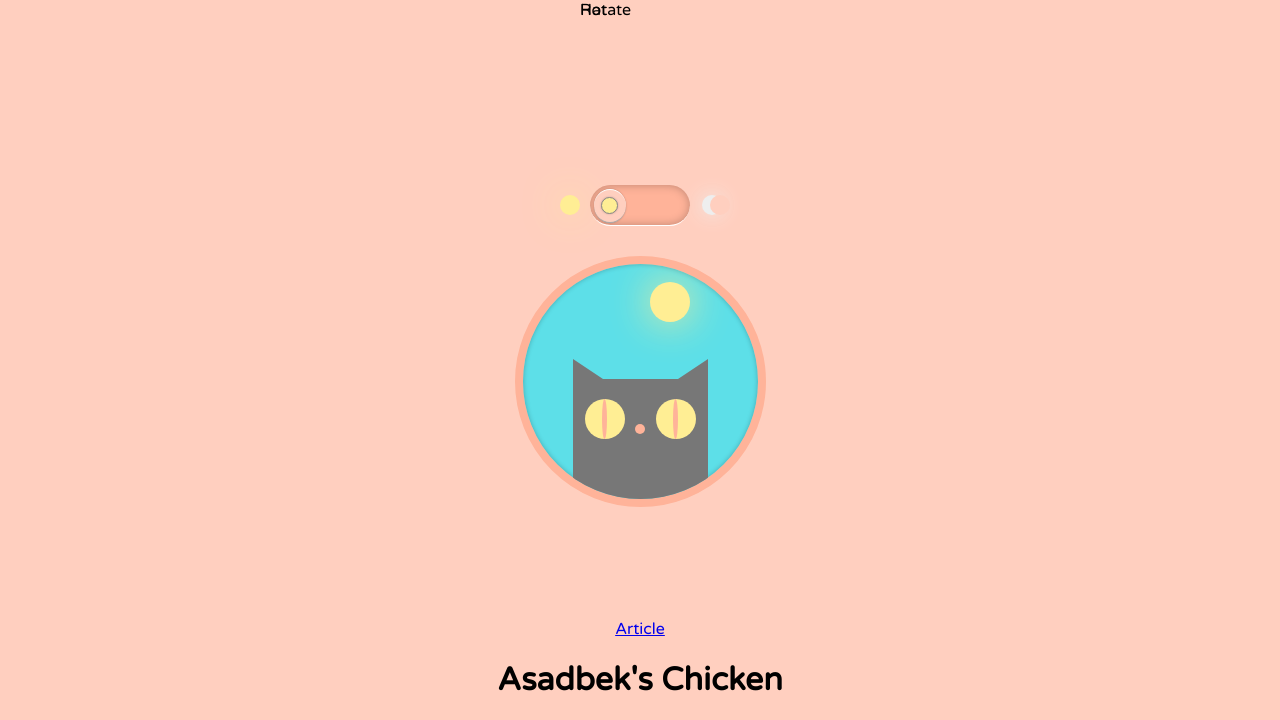
Repository: KHANas02/cat_1
Page: index.html
An editor plug-in stored every save of this project. The page is shown before and after the next save, followed by the edit.
The browser window is 1280 px wide. The pictures show the whole page.

Above is the page before, as saved 2024-03-31 06:46:11.

### index.html
<!DOCTYPE html>
<html lang="en">
  <head>
    <meta charset="UTF-8" />
    <meta name="viewport" content="width=device-width, initial-scale=1.0" />
    <title>asa</title>
    <link rel="stylesheet" href="./style.css" />
  </head>
  <body>
    <!-- <input type="checkbox" name="t-help" id="t-help" checked />
    <input type="checkbox" name="t-success" id="t-success" checked />
    <input type="checkbox" name="t-warning" id="t-warning" checked />
    <input type="checkbox" name="t-error" id="t-error" checked />
    <div class="toast-panel">
      <div class="toast-item help">
        <div class="toast help">
          <label for="t-help" class="close"></label>
          <h3>Help!</h3>
          <p>
            Do you have a problem? Just use this <a href="#">contact form</a>.
          </p>
        </div>
      </div>
      <div class="toast-item success">
        <div class="toast success">
          <label for="t-success" class="close"></label>
          <h3>Success!</h3>
          <p>Your message has been sent successfully.</p>
        </div>
      </div>
      <div class="toast-item warning">
        <div class="toast warning">
          <label for="t-warning" class="close"></label>
          <h3>Warning!</h3>
          <p>Sorry, there was a problem with your request.</p>
        </div>
      </div>
      <div class="toast-item error">
        <div class="toast error">
          <label for="t-error" class="close"></label>
          <h3>Error!</h3>
          <p>Change a few thing up and try submitting again.</p>
        </div>
      </div>
      <div class="toast-icons">
        <label for="t-help" class="toast-icon icon-help"></label>
        <label for="t-success" class="toast-icon icon-success"></label>
        <label for="t-warning" class="toast-icon icon-warning"></label>
        <label for="t-error" class="toast-icon icon-error"></label>
      </div>
    </div> -->
    <br /><br /><br /><br />

    <div class="the-container">
      <input type="checkbox" id="toggle" />
      <label for="toggle"></label>

      <div class="day-night-cont">
        <span class="the-sun"></span>
        <div class="the-moon"><span class="moon-inside"></span></div>
      </div>

      <div class="switch">
        <div class="button">
          <div class="b-inside"></div>
        </div>
      </div>

      <div class="c-window">
        <span class="the-sun"></span>
        <span class="the-moon"></span>

        <div class="the-cat">
          <div class="cat-face">
            <section class="eyes left"><span class="pupil"></span></section>
            <section class="eyes right"><span class="pupil"></span></section>

            <span class="nose"></span>
          </div>
        </div>
      </div>
    </div>




<!--  -->
<input type="checkbox" id="rotate" name="rotate" />
<input type="checkbox" id="poke" name="poke" />
<input type="checkbox" id="hat" name="hat" />
<label id="poke-label" for="poke"></label>
<div id="controls">
  <div><label id="rotate-label" for="rotate">Rotate</label></div>
  <div><label id="hat-label" for="hat">Hat</label></div>
  <div><a target="_blank" id="link" href="https://fjolt.com/article/css-minecraft-chicken">Article</a></div>
</div>
<div id="chicken">
    <h1> Asadbek's Chicken</h1>
    <div class="c2">
      <div class="cube body">
        <div class="front"></div>
        <div class="bottom"></div>
        <div class="left"></div>
        <div class="right"></div>
      </div>
    </div>
    <div class="c3">
      <div class="cube head">
        <div class="front"></div>
        <div class="bottom"></div>
        <div class="left"></div>
        <div class="right"></div>
      </div>
    </div>
    <div class="c4 quack">
      <div class="cube beak top-beak">
        <div class="front"></div>
        <div class="bottom"></div>
        <div class="left"></div>
        <div class="right"></div>
      </div>
    </div>
    <div class="c4 quack-anti">
      <div class="cube beak bottom-beak">
        <div class="front"></div>
        <div class="bottom"></div>
        <div class="left"></div>
        <div class="right"></div>
      </div>
    </div>
    <div class="c5">
      <div class="cube comb">
        <div class="front"></div>
        <div class="bottom"></div>
        <div class="left"></div>
        <div class="right"></div>
      </div>
    </div>
    <div class="c6">
      <div class="cube eye">
        <div class="front"></div>
        <div class="bottom"></div>
        <div class="left"></div>
        <div class="right"></div>
      </div>
    </div>
    <div class="c7">
      <div class="cube eye">
        <div class="front"></div>
        <div class="bottom"></div>
        <div class="left"></div>
        <div class="right"></div>
      </div>
    </div>
    <div class="c8">
      <div class="cube leg">
        <div class="front"></div>
        <div class="bottom"></div>
        <div class="left"></div>
        <div class="right"></div>
      </div>
    </div>
    <div class="c9">
      <div class="cube leg">
        <div class="front"></div>
        <div class="bottom"></div>
        <div class="left"></div>
        <div class="right"></div>
      </div>
    </div>
    <div class="c10">
      <div class="cube foot">
        <div class="front"></div>
        <div class="bottom"></div>
        <div class="left"></div>
        <div class="right"></div>
      </div>
    </div>
    <div class="c11">
      <div class="cube foot">
        <div class="front"></div>
        <div class="bottom"></div>
        <div class="left"></div>
        <div class="right"></div>
      </div>
    </div>
    <div class="c12 anti-flutter">
      <div class="cube wing">
        <div class="front"></div>
        <div class="bottom"></div>
        <div class="left"></div>
        <div class="right"></div>
      </div>
    </div>
    <div class="c13 flutter">
      <div class="cube wing">
        <div class="front"></div>
        <div class="bottom"></div>
        <div class="left"></div>
        <div class="right"></div>
      </div>
    </div>
    <div class="c14">
      <div class="cube hat-rim">
        <div class="front"></div>
        <div class="bottom"></div>
        <div class="left"></div>
        <div class="right"></div>
      </div>
    </div>
    <div class="c15">
      <div class="cube hat-banner">
        <div class="front"></div>
        <div class="bottom"></div>
        <div class="left"></div>
        <div class="right"></div>
      </div>
    </div>
    <div class="c16">
      <div class="cube hat-top">
        <div class="front"></div>
        <div class="bottom"></div>
        <div class="left"></div>
        <div class="right"></div>
      </div>
    </div>
</div>
<div id="shadow"></div>
<link rel="preconnect" href="https://fonts.googleapis.com">
<link rel="preconnect" href="https://fonts.gstatic.com" crossorigin>
<link href="https://fonts.googleapis.com/css2?family=Silkscreen:wght@400;700&display=swap" rel="stylesheet">



  </body>
</html>

### style.css
@import url('https://fonts.googleapis.com/css2?family=Varela+Round&display=swap');

:root {
	--tr: all 0.5s ease 0s;
	--ch1: #05478a;
	--ch2: #0070e0;
	--cs1: #005e38;
	--cs2: #03a65a;
	--cw1: #c24914;
	--cw2: #fc8621;
	--ce1: #851d41;
	--ce2: #db3056;
}

body {
	margin: 0;
	padding: 0;
	width: 100vw;
	height: 100vh;
	overflow: hidden;
	display: flex;
	align-items: center;
	justify-content: flex-end;
	flex-direction: column;
	background: radial-gradient(circle at 50% 100%, #1d2232, #262434);
	font-family: "Varela Round", sans-serif;
}

.toast-panel {
	display: flex;
	flex-direction: column;
	align-items: center;
	justify-content: center;
	transition: var(--tr);
	position: absolute;
	padding: 0 1rem;
	height: 100%;
	min-height: 20rem;
	min-width: 375px;
}

.toast-item {
	overflow: hidden;
	max-height: 25rem;
	transition: var(--tr);
	animation: show-toast 4s ease 3s 1;
}

@keyframes show-toast {
	0%, 50%, 100% { max-height: 0; opacity: 0; }
	10%, 25% { max-height: 15rem; opacity: 1; }
}

.toast {
	background-color: #232b2b;
	background: var(--bg);
	color: #f5f5f5;
	padding: 1rem 2rem 1rem 6rem;
	text-align: center;
	border-radius: 2rem;
	position: relative;
	font-weight: 300;
	margin: 1.75rem 0 1rem;
	text-align: left;
	max-width: 15rem;
	transition: var(--tr);
	opacity: 1;
}

.toast:before {
	content: "";
	position: absolute;
	width: 5.5rem;
	height: 6rem;
	--drop:
		radial-gradient(circle at 64% 51%, var(--clr) 0.45rem, #fff0 calc(0.45rem + 1px)), /*ball 1*/
		radial-gradient(circle at 100% 100%, #fff0 0.9rem, var(--clr) calc(0.9rem + 1px) 1.25rem, #fff0 calc(1.25rem + 1px) 100%), /*neck 2*/
		radial-gradient(circle at 0% 0%, #fff0 0.9rem, var(--clr) calc(0.9rem + 1px) 1.25rem, #fff0 calc(1.25rem + 1px) 100%), /*neck 1*/
		radial-gradient(circle at 0% 120%, var(--clr) 4rem, #fff0 calc(4rem + 1px)) /*big 1*/;
	background:
		radial-gradient(circle at 22% 3.8rem, var(--clr) 0.75rem, #fff0 calc(0.75rem + 1px)), /*ball 8*/
		radial-gradient(circle at 95% 1.9rem, var(--clr) 0.07rem, #fff0 calc(0.07rem + 1px)), /*ball 7*/
		radial-gradient(circle at 80% 2.25rem, var(--clr) 0.18rem, #fff0 calc(0.18rem + 1px)), /*ball 6*/
		radial-gradient(circle at 80% 75%, var(--clr) 0.35rem, #fff0 calc(0.35rem + 1px)), /*ball 5*/
		radial-gradient(circle at 43% 2.3rem, var(--clr) 0.07rem, #fff0 calc(0.07rem + 1px)), /*ball 4*/
		radial-gradient(circle at 40% 1rem, var(--clr) 0.12rem, #fff0 calc(0.12rem + 1px)), /*ball 3*/
		radial-gradient(circle at 20% 1.5rem, var(--clr) 0.25rem, #fff0 calc(0.25rem + 1px)), /*ball 2*/
		var(--drop),
		#f000;
	background-repeat: no-repeat;
	background-size: 100% 100%, 100% 100%, 100% 100%, 100% 100%, 100% 100%, 100% 100%, 100% 100%, 100% 100%, 1.625rem 1.625rem, 1.625rem 1.625rem, 100% 100%, 100% 100%;
	background-position: 0 0, 0 0, 0 0, 0 0, 0 0, 0 0, 0 0, 0 0, calc(100% - 1.75rem) 2.85rem, calc(100% - 1.75rem) 2.95rem, 0 0, 0 0;
	bottom: 0rem;
	left: 0rem;
	z-index: 0;
	border-radius: 0 0 0 2rem;
}

.toast:after {
	content: "";
	position: absolute;
	width: 3.5rem;
	height: 3.5rem;
	background: var(--clr);
	top: -1.75rem;
	left: 2rem;
	border-radius: 3rem;
	padding-top: 0.2rem;
	display: flex;
	align-items: center;
	justify-content: center;
	font-size: 2.25rem;
	box-sizing: border-box;
}

.toast h3 {
	font-size: 1.35rem;
	margin: 0;
	line-height: 1.35rem;
	font-weight: 300;
	position: relative;
}

.toast h3:before,
.toast-icon:before {
	border: 0.5rem solid #fff0;
	width: 0;
	height: 0;
	position: absolute;
	content: "";
	left: -3.45rem;
	border-top: 1rem solid var(--clr);
	border-left: 1rem solid var(--clr);
	top: -0.4em;
	transform: rotate(-96deg) skewX(30deg);
	border-radius: 0.5rem;
}

.toast p {
	position: relative;
	font-size: 0.95rem;
	z-index: 1;
	margin: 0.25rem 0 0;
}

.close {
	position: absolute;
	width: 1.35rem;
	height: 1.35rem;
	text-align: center;
	right: 1rem;
	cursor: pointer;
	border-radius: 100%;
}

.close:after {
	position: absolute;
	font-family: 'Varela Round', san-serif;
	width: 100%;
	height: 100%;
	left: 0;
	font-size: 1.8rem;
	content: "+";
	transform: rotate(45deg);
	border-radius: 100%;
	display: flex;
	align-items: center;
	justify-content: center;
}

.close:hover {
	background: #f5f5f5;
	color: var(--clr);
}




.toast-item.success {
	animation-delay: 2s;
}

.toast-item.warning {
	animation-delay: 1s;
}

.toast-item.error {
	animation-delay: 0s;
}



.toast.help {
	--clr: var(--ch1);
	--bg: var(--ch2);
}
.toast.help:after,
.icon-help:after {
	content: "?";
}

.toast.success {
	--clr: var(--cs1);
	--bg: var(--cs2);
}

.toast.success:after,
.icon-success:after {
	content: "L";
	font-size: 1.7rem;
	font-weight: bold;
	padding-bottom: 0.5rem;
	transform: rotateY(180deg) rotate(-38deg);
	text-indent: 0.15rem;
}

.toast.warning {
	--clr: var(--cw1);
	--bg: var(--cw2);
}

.toast.warning:after,
.icon-warning:after {
	content: "!";
	font-weight: bold;
}

.toast.error {
	--clr: var(--ce1);
	--bg: var(--ce2);
}

.toast.error:after,
.icon-error:after {
	content: "+";
	font-size: 3rem;
	line-height: 1.2rem;
	transform: rotate(45deg);
}


.toast.success:before {
	--drop: radial-gradient(circle at 65% 63%, var(--clr) 0.425rem, #fff0 calc(0.425rem + 1px)), /*ball 1*/ radial-gradient(circle at 70% 125%, #fff0 1rem, var(--clr) calc(1rem + 1px) 1.25rem, #fff0 calc(1.25rem + 1px) 100%), /*neck 2*/ radial-gradient(circle at 30% -25%, #fff0 1rem, var(--clr) calc(1rem + 1px) 1.25rem, #fff0 calc(1.25rem + 1px) 100%), /*neck 1*/ radial-gradient(circle at 20% 120%, var(--clr) 3.5rem, #fff0 calc(3.5rem + 1px)) /*big 1*/;
	background-position: 0 0.4rem, -0.2rem 3.3rem, 0 0.4rem, -2rem -1.5rem, -0.8rem 0rem, -1rem 0.4rem, 0rem 1.5rem, 1.2rem 0.4rem, calc(100% - 0.75rem) 3.5rem, calc(100% - 0.75rem) 3.75rem, 0 0rem, 0 0rem;
}

.toast.warning:before {
	--drop: radial-gradient(circle at 65% 63%, var(--clr) 0.425rem, #fff0 calc(0.425rem + 1px)), /*ball 1*/ radial-gradient(circle at 129% 36%, #fff0 1rem, var(--clr) calc(1rem + 1px) 1.25rem, #fff0 calc(1.25rem + 1px) 100%), /*neck 2*/ radial-gradient(circle at -27% 25%, #fff0 1rem, var(--clr) calc(1rem + 1px) 1.25rem, #fff0 calc(1.25rem + 1px) 100%), /*neck 1*/ radial-gradient(circle at 20% 120%, var(--clr) 3.5rem, #fff0 calc(3.5rem + 1px)) /*big 1*/;
	background-position: 1.82rem 0.65rem, -1.2rem 1.2rem, -2rem 0.75rem, -3.5rem -1.95rem, -0.5rem -0.55rem, 3rem 4.25rem, 0rem -0.5rem, 1.2rem 0.4rem, calc(100% - 3.9rem) 2.75rem, calc(100% - 3.75rem) 2.75rem, 0 0rem, 0 0rem;
}

.toast.error:before {
	--drop: radial-gradient(circle at 65% 63%, var(--clr) 0.425rem, #fff0 calc(0.425rem + 1px)), /*ball 1*/ radial-gradient(circle at 129% 36%, #fff0 1rem, var(--clr) calc(1rem + 1px) 1.25rem, #fff0 calc(1.25rem + 1px) 100%), /*neck 2*/ radial-gradient(circle at -27% 25%, #fff0 1rem, var(--clr) calc(1rem + 1px) 1.25rem, #fff0 calc(1.25rem + 1px) 100%), /*neck 1*/ radial-gradient(circle at 20% 120%, var(--clr) 3.5rem, #fff0 calc(3.5rem + 1px)) /*big 1*/;
	background-position: 1.75rem 0.75rem, -0.75rem 1.2rem, -1.3rem 0.5rem, -3.5rem -2.5rem, -0.4rem 0rem, 2rem 1.25rem, 0.82rem 1.6rem, 0.5rem 1.65rem, calc(100% - 2.99rem) 3.25rem, calc(100% - 2.75rem) 3rem, 0 0rem, 0 0rem;
}


.toast a {
	color: #fff;
}

.toast-item.closed {
	max-height: 0;
}




/*** ICONS ***/

.toast-icons {
	background: #fff1;
	padding: 1rem 1rem 1.25rem 1rem;
	display: flex;
	justify-content: space-around;
	border-radius: 2rem;
	gap: 1.5rem;
	width: 100%;
	box-sizing: border-box;
	margin-top: 1.5rem;
	margin-bottom: 1rem;
}

.toast-icon {
	width: 3.75rem;
	height: 3.75rem;
	border-radius: 100%;
	display: flex;
	align-items: center;
	justify-content: center;
	color: #fff;
	cursor: pointer;
	position: relative;
}

.toast-icon:before {
	left: 0.7rem;
	top: 2.4em;
	transform: rotate(-96deg) skewX(30deg);
}

.toast-icon:after {
	font-size: 2rem;
	font-weight: bold;
}

.icon-error:after {
	font-size: 3.6rem;
	line-height: 2rem;
	font-weight: 500;
	padding-top: 0.25rem;
	max-height: 2rem;
}


.icon-help {
	background: #0070e0;
	--clr: #0070e0;
}

.icon-success {
	background: #03a65a;
	--clr: #03a65a;
}

.icon-warning {
	background: #fc8621;
	--clr: #fc8621;
}

.icon-error {
	background: #db3056;
	--clr: #db3056;
}


#t-help:checked ~ .toast-panel .toast-item.help,
#t-success:checked ~ .toast-panel .toast-item.success,
#t-warning:checked ~ .toast-panel .toast-item.warning,
#t-error:checked ~ .toast-panel .toast-item.error {
	max-height: 0;
	opacity: 0;
}

input[type=checkbox] {
	display: none;
}



/* DAY STYLES*/

body{
  background: #FFCFBF;
}

.the-container{
  display: block;
  position: absolute;
  width: 500px;
  height: 350px;
  margin: auto;
  top: 0;
  bottom: 0;
  left: 0;
  right: 0;
}

.c-window{
  display: block;
  position: relative;
  width: 235px;
  height: 235px;
  margin: 0 auto;
  border-radius: 100%;
  border: 8px solid #FFB399;
  background: #5ddfe8;
  box-shadow: 0px 0px 5px rgba(0,0,0,0.25) inset;
  overflow: hidden;
	transition: background 1s ease-in-out;
}

.c-window .the-sun{
  display: block;
  position: relative;
  top: 18px;
  height: 40px; width: 40px;
  background: #FFEE94;
  border-radius: 100%;
  margin: 0 auto;
  box-shadow: 0px 0px 40px #FFEE94;
  left: 30px;
	transition: top .5s ease-in-out;
}

.c-window .the-moon{
  position: relative;
  height: 24px; width: 24px;
	top: 200px;
  background: #EEE;
  border-radius: 100%;
  box-shadow: 0px 0px 20px #FFF;
  transition: top .5s ease-in-out;
}

.c-window .the-cat{
  display: block;
  position: absolute;
  bottom: -20px;
  height: 140px;
  width: 135px;
  margin: 0 50px;
  background: #777777;
  transition: bottom .25s ease-in-out;
}

.c-window .the-cat:before{
   width: 0;
    height: 0;
    border-left: 0px solid transparent;
    border-right: 30px solid transparent;
    border-bottom: 20px solid #777;
    top: -20px;
    left: 0;
    position: absolute;
    content: "";
}
.c-window .the-cat:after{
   width: 0;
    height: 0;
    border-right: 0px solid transparent;
    border-left: 30px solid transparent;
    border-bottom: 20px solid #777;
    top: -20px;
    right: 0;
    position: absolute;
    content: "";
}

.c-window .the-cat:hover{
  display: block;
  position: absolute;
  bottom: -40px;
	cursor: pointer;
}

.c-window .the-cat .eyes{
   display: block;
  position: absolute;
  background: #FFEE94;
  height: 40px; width: 40px;
  border-radius: 100%;
  bottom: 80px;
}

.c-window .the-cat:hover .eyes{
  display: block;
  position: absolute;
  height: 8px; width: 40px;
  bottom: 100px;
}


.c-window .the-cat .eyes.left{
  left: 12px;
}

.c-window .the-cat .eyes.right{
  right: 12px;
}

.c-window .the-cat .eyes .pupil{
   display: block;
  position: relative;
  background: #FFB399;
  height: 100%; width: 5px;
  border-radius: 100%;
  margin: 0 auto;
	transition: width .5s ease-in-out;
}

.c-window .the-cat .nose{
   display: block;
  position: relative;
  background: #FFB399;
  height: 10px; width: 10px;
  border-radius: 100%;
  margin: 0 auto;
  top: 45px;
}


input[type=checkbox] {
    position: absolute;
    top: -9999px;
    left: -9999px;
}

 input#toggle[type=checkbox]{
     display:none;
 }


label {
    position: absolute;
    height: 40px;
    width: 120px;
    display: block;
    top: 0px; bottom: 0; right: 0; left:0;
    z-index: 9999;
    cursor: pointer;
    margin: 0 auto;
}

.switch {
  display: block;
  position: relative;
  border-bottom: 1px solid #FFF;
  border-radius: 25px;
  background: #FFB399;
  box-shadow: inset 0 0 10px #888888;
  -webkit-box-shadow: inset 0 0 10px rgba(0,0,0,0.25);
  height: 40px;
  width: 100px;
  margin: 0px auto 30px auto;
}

.switch .button{
  display: block;
  position: absolute;
  border-top: 1px solid #FFF;
  border-bottom: 1px solid #AAA;
  border-radius: 100%;
  background: #FFCFBF;
  height: 32px;
  width: 32px;
  top: 4px;
  left: 4px;
  box-shadow: 0 0 2px rgba(0,0,0,0.25)
}

.switch .button .b-inside{
  display: block;
  position: absolute;
  border: 1px solid #888;
  border-radius: 100%;
  background: #FFEE94;
  height: 15px;
  width: 15px;
  top: 7px;
  left: 7px;
  box-shadow: 0 0 2px rgba(0,0,0,0.25)
}

.day-night-cont {
  display: block;
  position: absolute;
  width: 180px;
  margin: 0 auto;
  left: 0; right: 0; top: 0; bottom:0;
  height: 40px;
  top: 0px;
}

.day-night-cont .the-sun{
  display: block;
  position: absolute;
  left: 10px;
  top: 10px;
  height: 20px;
  width: 20px;
  border-radius: 100%;
  background: #FFEE94;
  box-shadow: 0px 0px 40px #FFEE94;
}

.day-night-cont .the-moon {
  display: block;
  position: absolute;
  right: 8px;
  top: 10px;
  height: 20px;
  width: 20px;
  border-radius: 100%;
  background: #EEE;
  box-shadow: 0px 0px 20px #EEE;
}

.day-night-cont .the-moon .moon-inside{
  display: block;
  position: absolute;
  left: 8px;
  height: 20px;
  width: 20px;
  border-radius: 100%;
  background: #FFCFBF;
}

/* TOGGLE */

.switch .button {
    transition: left .25s ease-in-out;
    -webkit-transition: left .25s ease-in-out;
}

input[type=checkbox]:checked ~ .switch .button {
    position: absolute;
    left: 64px;
}

/* NIGHT ANIMATION */

input[type=checkbox]:checked ~ .c-window {
  background: #111;
}

input[type=checkbox]:checked ~ .c-window .the-sun{
	top: 200px;
}

input[type=checkbox]:checked ~ .c-window .the-moon{
  display: block;
  position: absolute;
  margin: 0 auto;
  top: 40px;
  left: 60px;
}

input[type=checkbox]:checked ~ .c-window .the-cat{
  background: #444;
}

input[type=checkbox]:checked ~ .c-window .the-cat:before{
   width: 0;
    height: 0;
    border-left: 0px solid transparent;
    border-right: 30px solid transparent;
    border-bottom: 20px solid #444;
    top: -20px;
    left: 0;
    position: absolute;
    content: "";
}
input[type=checkbox]:checked ~ .c-window .the-cat:after{
   width: 0;
    height: 0;
    border-right: 0px solid transparent;
    border-left: 30px solid transparent;
    border-bottom: 20px solid #444;
    top: -20px;
    right: 0;
    position: absolute;
    content: "";
}



input[type=checkbox]:checked ~ .c-window .the-cat .eyes .pupil{
  height: 90%; width: 34px;
  margin: 5% auto;
}

input[type=checkbox]:checked ~ .c-window .the-cat:hover .eyes{
  height: 40px;
  bottom: 80px;
}




/*  */

After the next save:
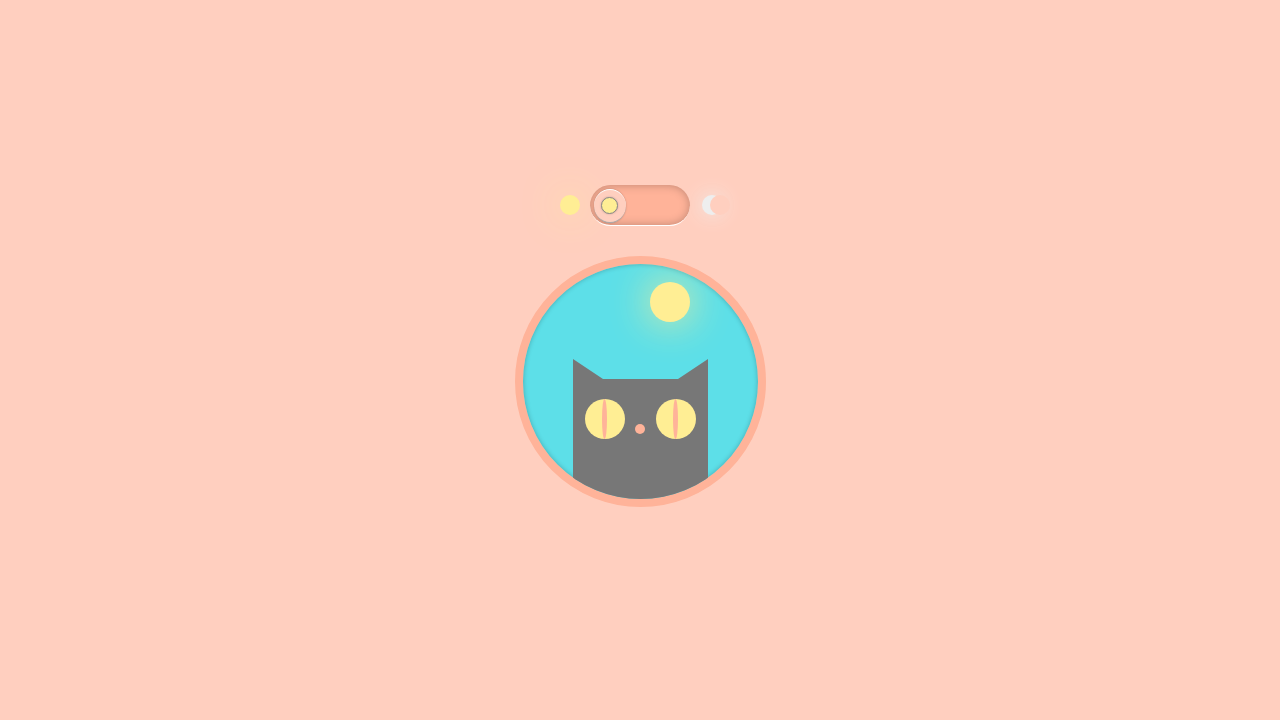
Saved 3 s later.
--- a/index.html
+++ b/index.html
@@ -85,150 +85,6 @@
 
 
 <!--  -->
-<input type="checkbox" id="rotate" name="rotate" />
-<input type="checkbox" id="poke" name="poke" />
-<input type="checkbox" id="hat" name="hat" />
-<label id="poke-label" for="poke"></label>
-<div id="controls">
-  <div><label id="rotate-label" for="rotate">Rotate</label></div>
-  <div><label id="hat-label" for="hat">Hat</label></div>
-  <div><a target="_blank" id="link" href="https://fjolt.com/article/css-minecraft-chicken">Article</a></div>
-</div>
-<div id="chicken">
-    <h1> Asadbek's Chicken</h1>
-    <div class="c2">
-      <div class="cube body">
-        <div class="front"></div>
-        <div class="bottom"></div>
-        <div class="left"></div>
-        <div class="right"></div>
-      </div>
-    </div>
-    <div class="c3">
-      <div class="cube head">
-        <div class="front"></div>
-        <div class="bottom"></div>
-        <div class="left"></div>
-        <div class="right"></div>
-      </div>
-    </div>
-    <div class="c4 quack">
-      <div class="cube beak top-beak">
-        <div class="front"></div>
-        <div class="bottom"></div>
-        <div class="left"></div>
-        <div class="right"></div>
-      </div>
-    </div>
-    <div class="c4 quack-anti">
-      <div class="cube beak bottom-beak">
-        <div class="front"></div>
-        <div class="bottom"></div>
-        <div class="left"></div>
-        <div class="right"></div>
-      </div>
-    </div>
-    <div class="c5">
-      <div class="cube comb">
-        <div class="front"></div>
-        <div class="bottom"></div>
-        <div class="left"></div>
-        <div class="right"></div>
-      </div>
-    </div>
-    <div class="c6">
-      <div class="cube eye">
-        <div class="front"></div>
-        <div class="bottom"></div>
-        <div class="left"></div>
-        <div class="right"></div>
-      </div>
-    </div>
-    <div class="c7">
-      <div class="cube eye">
-        <div class="front"></div>
-        <div class="bottom"></div>
-        <div class="left"></div>
-        <div class="right"></div>
-      </div>
-    </div>
-    <div class="c8">
-      <div class="cube leg">
-        <div class="front"></div>
-        <div class="bottom"></div>
-        <div class="left"></div>
-        <div class="right"></div>
-      </div>
-    </div>
-    <div class="c9">
-      <div class="cube leg">
-        <div class="front"></div>
-        <div class="bottom"></div>
-        <div class="left"></div>
-        <div class="right"></div>
-      </div>
-    </div>
-    <div class="c10">
-      <div class="cube foot">
-        <div class="front"></div>
-        <div class="bottom"></div>
-        <div class="left"></div>
-        <div class="right"></div>
-      </div>
-    </div>
-    <div class="c11">
-      <div class="cube foot">
-        <div class="front"></div>
-        <div class="bottom"></div>
-        <div class="left"></div>
-        <div class="right"></div>
-      </div>
-    </div>
-    <div class="c12 anti-flutter">
-      <div class="cube wing">
-        <div class="front"></div>
-        <div class="bottom"></div>
-        <div class="left"></div>
-        <div class="right"></div>
-      </div>
-    </div>
-    <div class="c13 flutter">
-      <div class="cube wing">
-        <div class="front"></div>
-        <div class="bottom"></div>
-        <div class="left"></div>
-        <div class="right"></div>
-      </div>
-    </div>
-    <div class="c14">
-      <div class="cube hat-rim">
-        <div class="front"></div>
-        <div class="bottom"></div>
-        <div class="left"></div>
-        <div class="right"></div>
-      </div>
-    </div>
-    <div class="c15">
-      <div class="cube hat-banner">
-        <div class="front"></div>
-        <div class="bottom"></div>
-        <div class="left"></div>
-        <div class="right"></div>
-      </div>
-    </div>
-    <div class="c16">
-      <div class="cube hat-top">
-        <div class="front"></div>
-        <div class="bottom"></div>
-        <div class="left"></div>
-        <div class="right"></div>
-      </div>
-    </div>
-</div>
-<div id="shadow"></div>
-<link rel="preconnect" href="https://fonts.googleapis.com">
-<link rel="preconnect" href="https://fonts.gstatic.com" crossorigin>
-<link href="https://fonts.googleapis.com/css2?family=Silkscreen:wght@400;700&display=swap" rel="stylesheet">
 
 
 
